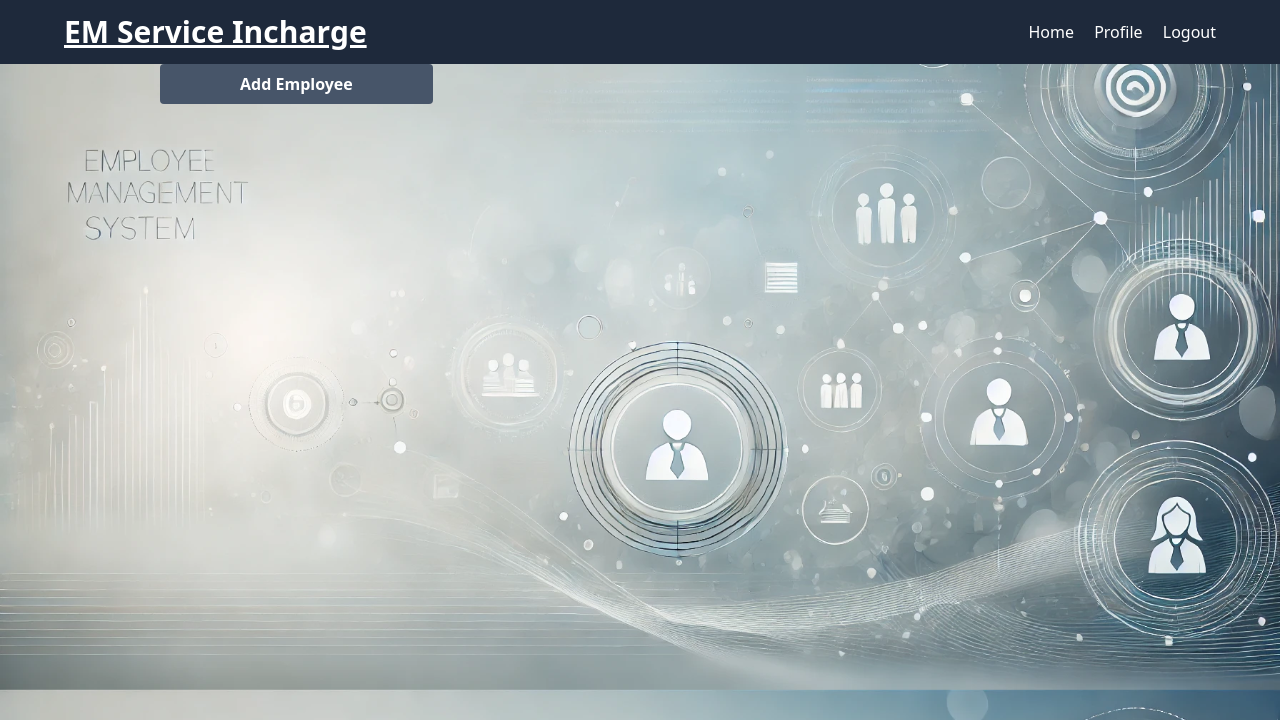
Repository: Vaibhav979/EmployeeManagement-Spring
Page: / (app in em-project-view/)
An editor plug-in stored every save of this project. The page is shown before and after a run of saves, followed by the edit.
The browser window is 1280 px wide. The pictures show the whole page.
The project was rebuilt for these pictures with package versions that can differ from the ones it lists, and the page was loaded fresh each time. Also part of the build but not shown: em-project-view/vite.config.js.

Above is the page before, as saved 2025-01-02 22:41:28.

### em-project-view/src/App.jsx
import { useState } from "react";
import "./App.css";

function App() {
  return (
    <>
      <div className="bg-slate-800 flex h-16 px-16 items-center">
        <h1 className="text-3xl font-bold underline">EM Service Incharge</h1>
        <div className="space-x-4 ml-auto">
          <a className="hover:text-blue-400" href="/">
            {" "}
            Home{" "}
          </a>
          <a className="hover:text-blue-400" href="/">
            {" "}
            Profile{" "}
          </a>
          <a className="hover:text-blue-400" href="/">
            {" "}
            Logout
          </a>
        </div>
      </div>

      <div>
        <button className="bg-slate-600 hover:bg-blue-700 mx-40 py-12 font-semibold px-20 py-2 rounded">
          Add Employee
        </button>
      </div>
    </>
  );
}

export default App;

### em-project-view/src/App.css
/* #root {
  max-width: 1280px;
  margin: 0 auto;
  padding: 2rem;
  text-align: center;
} */

.App {
  text-align: left;
}

body {
  background-image: url(./assets/image.png);
  background-size: cover;
  background-position: center;
  color: #ffffff;
  height: 90vh;
}

Loaded but not shown: em-project-view/index.html (common file); em-project-view/src/main.jsx (common file); em-project-view/src/index.css (common file); em-project-view/tailwind.config.js (common file)

After the next 2 saves:
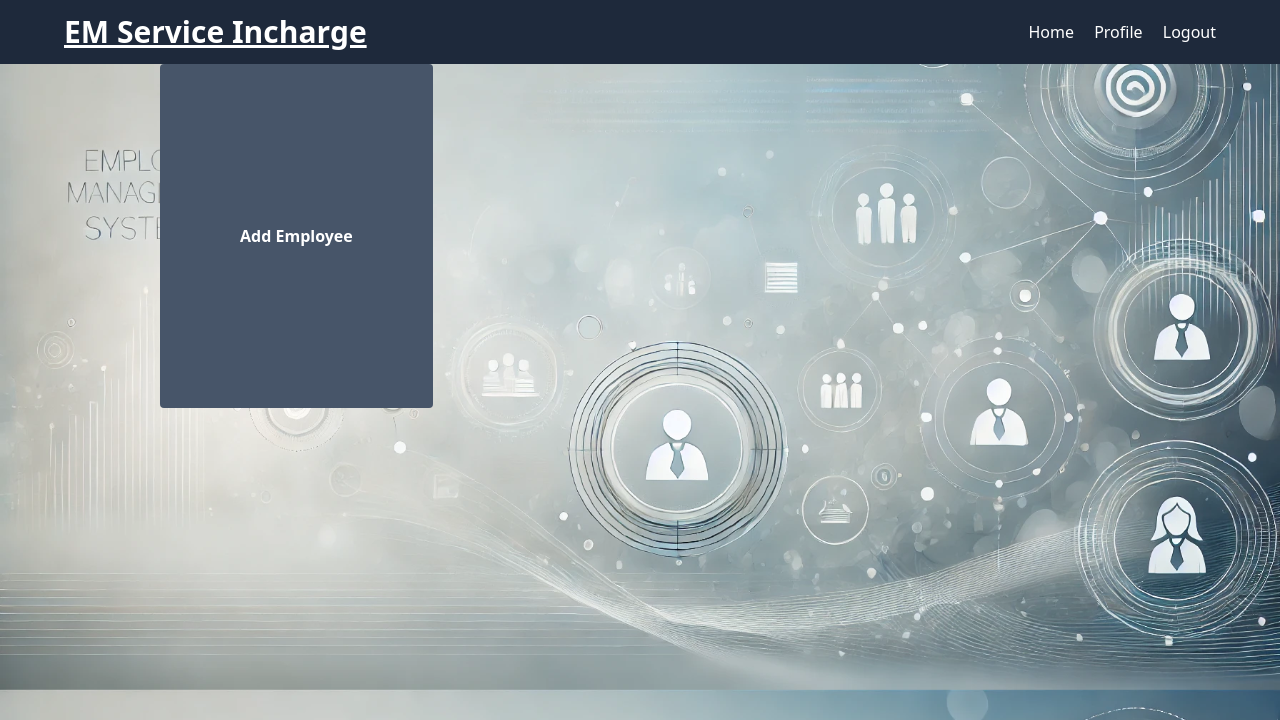
The 2 saves are shown as one change because they came seconds apart.
The last was saved 23 s later.
--- a/em-project-view/src/App.jsx
+++ b/em-project-view/src/App.jsx
@@ -23,7 +23,7 @@
       </div>
 
       <div>
-        <button className="bg-slate-600 hover:bg-blue-700 mx-40 py-12 font-semibold px-20 py-2 rounded">
+        <button className="bg-slate-600 hover:bg-blue-700 mx-40 py-40 font-semibold px-20 py-2 rounded">
           Add Employee
         </button>
       </div>

After the save that followed:
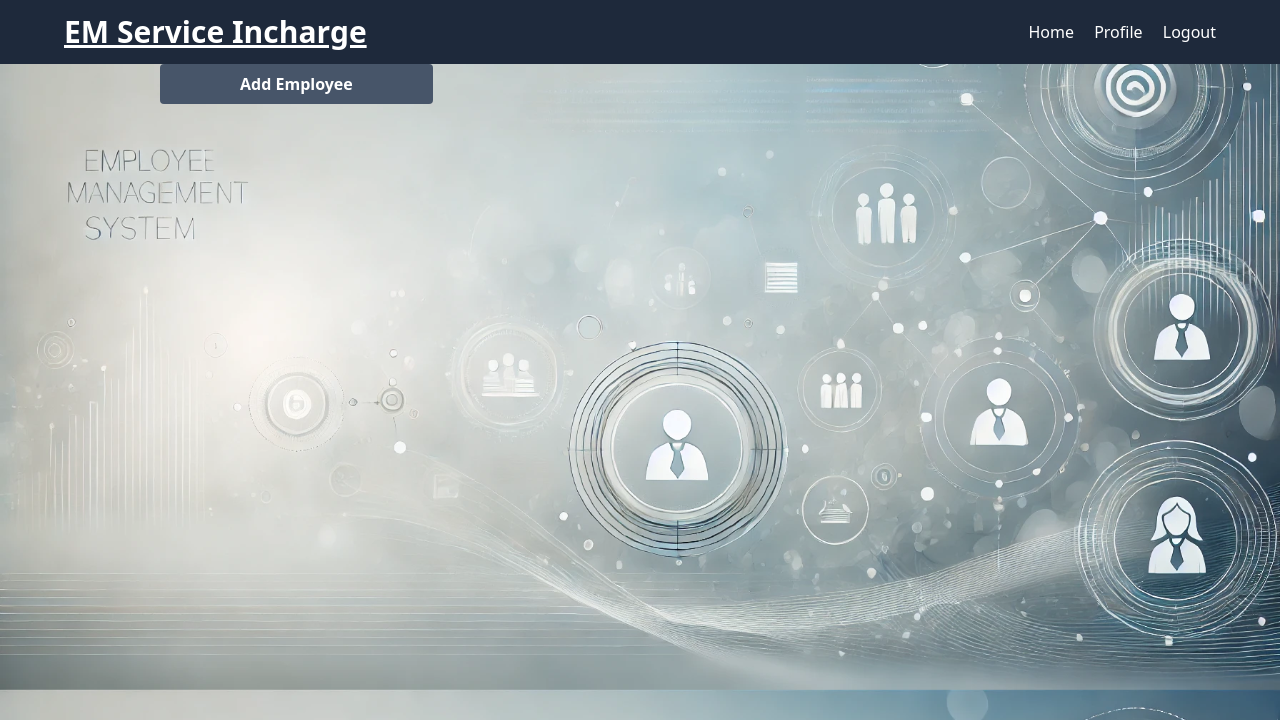
Saved 12 s later.
--- a/em-project-view/src/App.jsx
+++ b/em-project-view/src/App.jsx
@@ -23,7 +23,7 @@
       </div>
 
       <div>
-        <button className="bg-slate-600 hover:bg-blue-700 mx-40 py-40 font-semibold px-20 py-2 rounded">
+        <button className="bg-slate-600 hover:bg-blue-700 mx-40 py-12 font-semibold px-20 py-2 rounded">
           Add Employee
         </button>
       </div>
